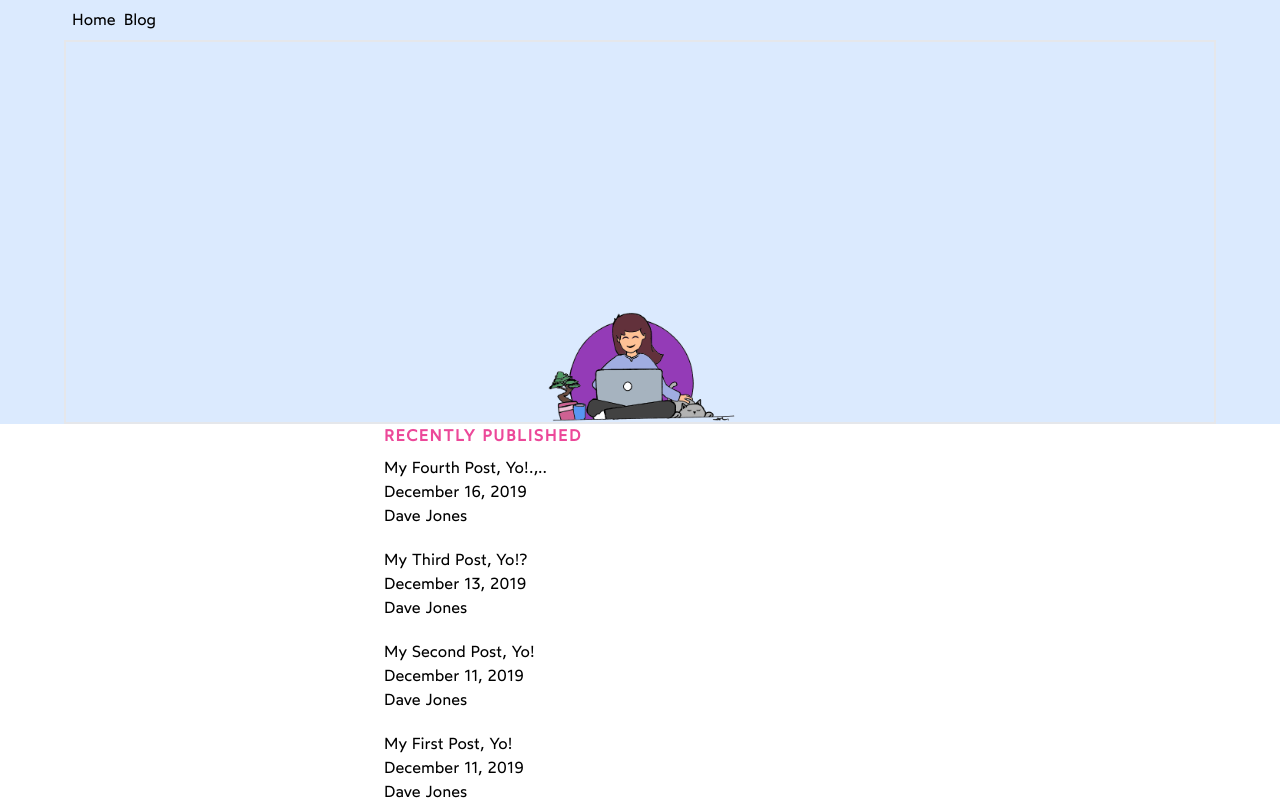
Repository: Risclover/markdown-blog
Page: /
An editor plug-in stored every save of this project. The page is shown before and after the next save, followed by the edit.
The browser window is 1280 px wide. The pictures show the whole page.
The project was rebuilt for these pictures with package versions that can differ from the ones it lists, and the page was loaded fresh each time.

Above is the page before, as saved 2023-06-28 12:10:48.

### src/index.js
import React from "react";
import ReactDOM from "react-dom/client";
import { BrowserRouter as Router } from "react-router-dom";
import "./fonts/wotfard-cufonfonts-webfont/style.css";

import "./index.css";
import App from "./App";

const root = ReactDOM.createRoot(document.getElementById("root"));
root.render(
  <Router>
    <App />
  </Router>
);

### src/fonts/wotfard-cufonfonts-webfont/style.css
/* #### Generated By: http://www.cufonfonts.com #### */

    @font-face {
    font-family: 'Wotfard Regular';
    font-style: normal;
    font-weight: normal;
    src: local('Wotfard Regular'), url('Wotfard-Regular.woff') format('woff');
    }

### src/index.css
*,
*::before,
*::after {
  box-sizing: border-box;
}
* {
  margin: 0;
}
body {
  line-height: 1.5;
  min-height: 100vh;
  -webkit-font-smoothing: antialiased;
}
img,
picture,
video,
canvas,
svg {
  display: block;
  max-width: 100%;
}
input,
button,
textarea,
select {
  font: inherit;
}
p,
h1,
h2,
h3,
h4,
h5,
h6 {
  overflow-wrap: break-word;
}
#root,
#__next {
  isolation: isolate;
}

### src/App.js
import "./App.css";
import { Route, Routes } from "react-router-dom";
import Home from "./pages/Home";
import NavBar from "./components/NavBar";
import Header from "./components/Header";
import HomeHeader from "./components/HomeHeader";

function App() {
  return (
    <div className="bg-white-100 min-h-screen">
      <Header>
        <NavBar />
        <HomeHeader />
      </Header>
      <div className="max-w-screen-lg m-auto">
        <Routes>
          <Route path="/" element={<Home />} />
        </Routes>
      </div>
    </div>
  );
}

export default App;

### src/pages/Home.js
import React, { useEffect } from "react";
import postList from "../posts.json";
import HomeHeader from "../components/HomeHeader";

export default function Home() {
  console.log(postList);

  postList.sort((a, b) => {
    let aPost = a.timestamp;
    let bPost = b.timestamp;

    return bPost - aPost;
  });

  return (
    <div className="container max-w-lg font-sans mx-auto border-black-4">
      <h2 className="uppercase text-base font-semibold tracking-widest text-pink-500">
        Recently Published
      </h2>
      <div className="grid grid-cols-1 gap-1 grid-flow-row ">
        {postList.map((post) => (
          <div key={post.id} className="container py-2 bg-white">
            <div>{post.title}</div>
            <div>{post.date}</div>
            <div>{post.author}</div>
          </div>
        ))}
      </div>
    </div>
  );
}

### src/components/NavBar.js
import React from "react";

export default function NavBar() {
  return (
    <div className="py-2">
      <ul className="flex">
        <li className="mx-2">Home</li>
        <li>Blog</li>
      </ul>
    </div>
  );
}

### src/components/Header.js
import React from "react";

export default function Header({ children }) {
  return (
    <header className="w-full bg-blue-100 flex flex-col">
      <div className="max-w-6xl mx-auto">{children}</div>
    </header>
  );
}

### src/components/HomeHeader.js
import React from "react";
import Avatar from "../images/avatar.png";
export default function HomeHeader() {
  return (
    <div className="h-96 bg-blue-100 flex flex-col justify-end border-2 border-red">
      <div>
        <img className="w-1/6 m-auto border-black-4" src={Avatar} />
      </div>
    </div>
  );
}

### src/posts.json
[{"id":4,"title":"My Third Post, Yo!?","subtitle":"No subtitle given","description":"No description given","author":"Dave Jones","date":"December 13, 2019","timestamp":1576224000,"content":"\nWelcome to My Blog. _It's a beautiful thing._ I hope you'll have as much fun reading my posts as I have writing them. Well, before we go any further, allow me to introduce myself. I'm Dave Jones. I'm 34, and from Montreal, Canada.\n"},{"id":3,"title":"My Second Post, Yo!","subtitle":"No subtitle given","description":"No description given","author":"Dave Jones","date":"December 11, 2019","timestamp":1576051200,"content":"\nWelcome to My Blog. _It's a beautiful thing._ I hope you'll have as much fun reading my posts as I have writing them. Well, before we go any further, allow me to introduce myself. I'm Dave Jones. I'm 34, and from Montreal, Canada.\n"},{"id":2,"title":"My Fourth Post, Yo!.,..","subtitle":"No subtitle given","description":"No description given","author":"Dave Jones","date":"December 16, 2019","timestamp":1576483200,"content":"\nWelcome to My Blog. _It's a beautiful thing._ I hope you'll have as much fun reading my posts as I have writing them. Well, before we go any further, allow me to introduce myself. I'm Dave Jones. I'm 34, and from Montreal, Canada.\n"},{"id":1,"title":"My First Post, Yo!","subtitle":"This is a subtitle.","description":"Happy Pride month! In this tutorial, I'll share a handful of my favourite animation tricks. You'll learn how to build an animated wavy pride flag using CSS keyframes and linear gradients. We'll also see how to make it dynamic using React. 🏳️‍🌈","author":"Dave Jones","date":"December 11, 2019","timestamp":1576051200,"content":"\nWelcome to My Blog. _It's a beautiful thing._ I hope you'll have as much fun reading my posts as I have writing them. Well, before we go any further, allow me to introduce myself. I'm Dave Jones. I'm 34, and from Montreal, Canada.\n"}]

### tailwind.config.js
/** @type {import('tailwindcss').Config} */
module.exports = {
  content: [
    "./app/**/*.{js,ts,jsx,tsx,mdx}",
    "./pages/**/*.{js,ts,jsx,tsx,mdx}",
    "./components/**/*.{js,ts,jsx,tsx,mdx}",

    // Or if using `src` directory:
    "./src/**/*.{js,ts,jsx,tsx,mdx}",
  ],
  theme: {
    fontFamily: {
      sans: ["Wotfard Regular", "sans-serif"],
    },
    extend: {},
  },
  plugins: [],
};

Loaded but not shown: public/index.html (common file); src/App.css (common file)

After the next save:
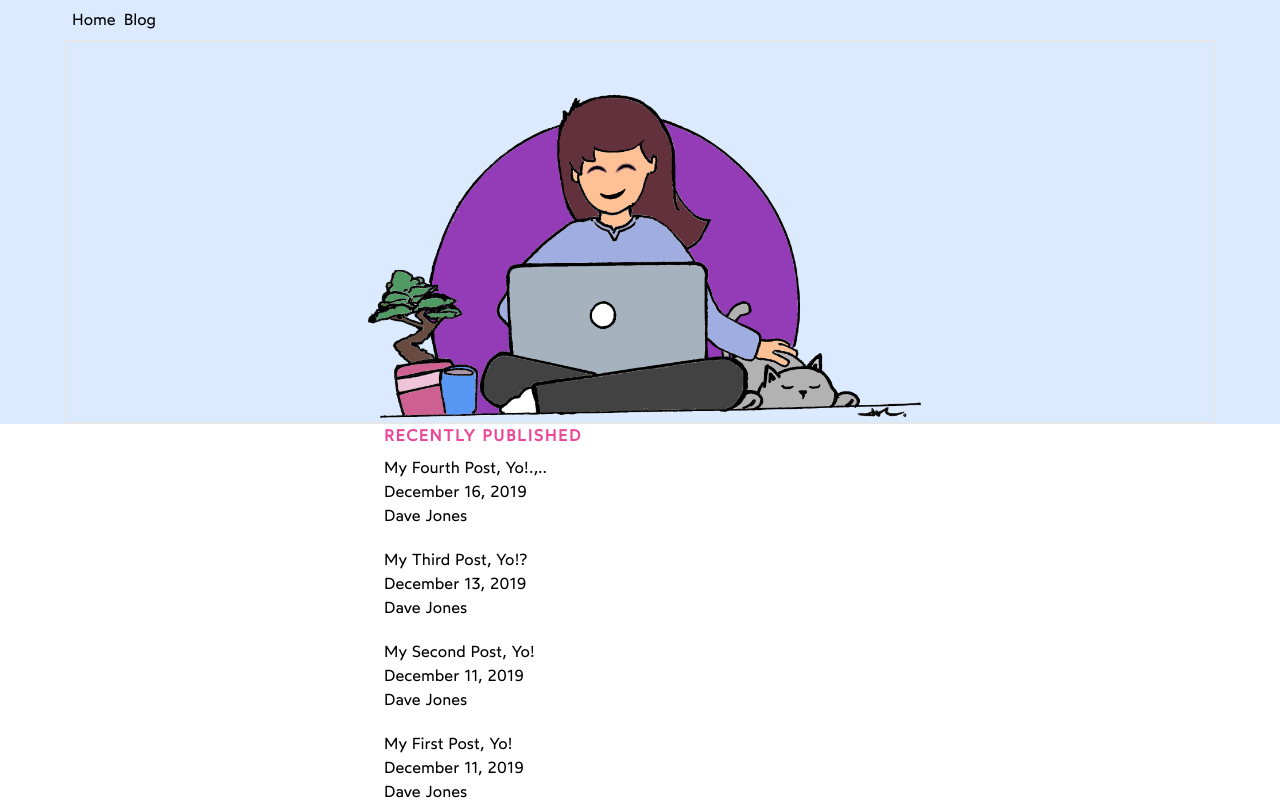
Saved 15 s later.
--- a/src/components/HomeHeader.js
+++ b/src/components/HomeHeader.js
@@ -4,7 +4,7 @@ export default function HomeHeader() {
   return (
     <div className="h-96 bg-blue-100 flex flex-col justify-end border-2 border-red">
       <div>
-        <img className="w-1/6 m-auto border-black-4" src={Avatar} />
+        <img className="w-3/6 m-auto border-black-4" src={Avatar} />
       </div>
     </div>
   );
